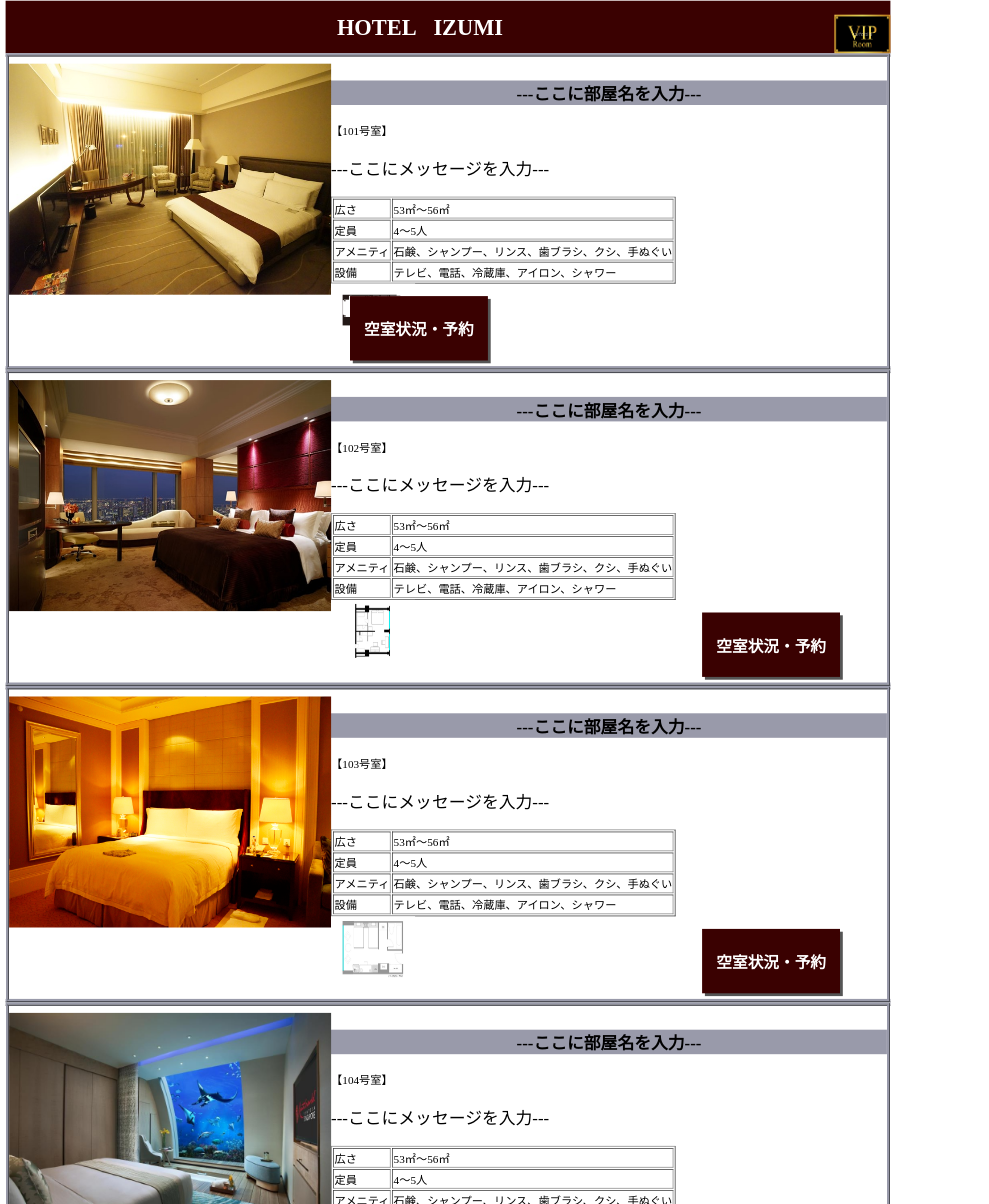
Repository: sep-dev/hotel_site
Page: http://localhost/HOTEL_IZUMI/vip
An editor plug-in stored every save of this project. The page is shown before and after the next save, followed by the edit.
The browser window is 1280 px wide. The page is 1413 px wide, so the pictures cover 1413 px, including what lies to the right of the window. The pictures show the part of the page from y = 0 to 1720 px (the page is 2458 px tall), at 70% of full size.
The page is served by Tomcat 9.

Above is the page before, as saved 2016-05-26 00:37:23.

After the next save:
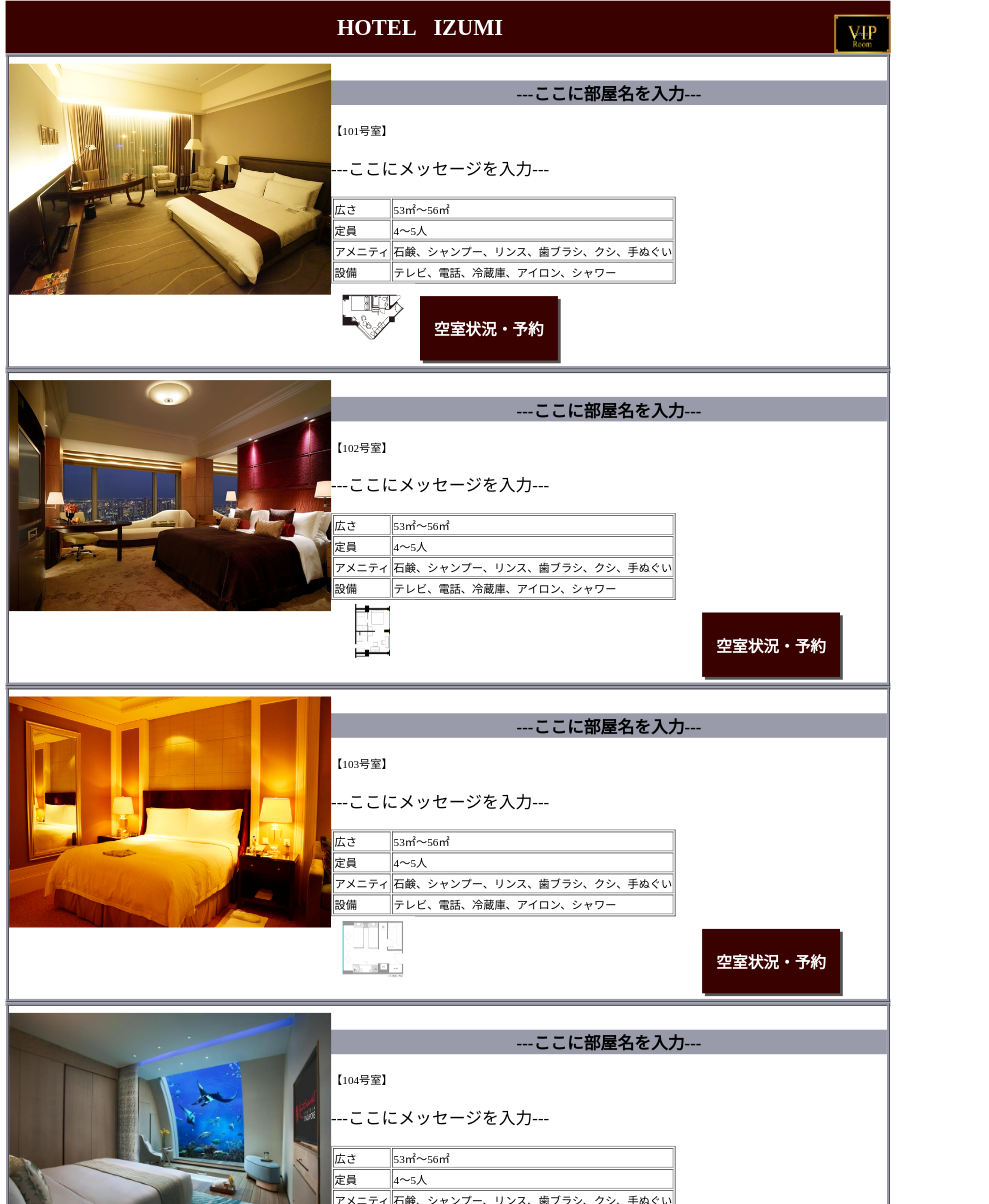
Saved 5 s later.
--- a/HOTEL_IZUMI/src/main/webapp/WEB-INF/views/vip.jsp
+++ b/HOTEL_IZUMI/src/main/webapp/WEB-INF/views/vip.jsp
@@ -46,7 +46,7 @@
 </table>
 <img id="img" src="./resources/image/vip1_1.jpg" width="120px" height="90px" align="left">
 <br>
-<button class="button2" type="submit" style="position: absolute; left: 500px;">空室状況・予約</button>
+<button class="button2" type="submit" style="position: absolute; left: 600px;">空室状況・予約</button>
 <br clear="all">
 <br>
 </div>
